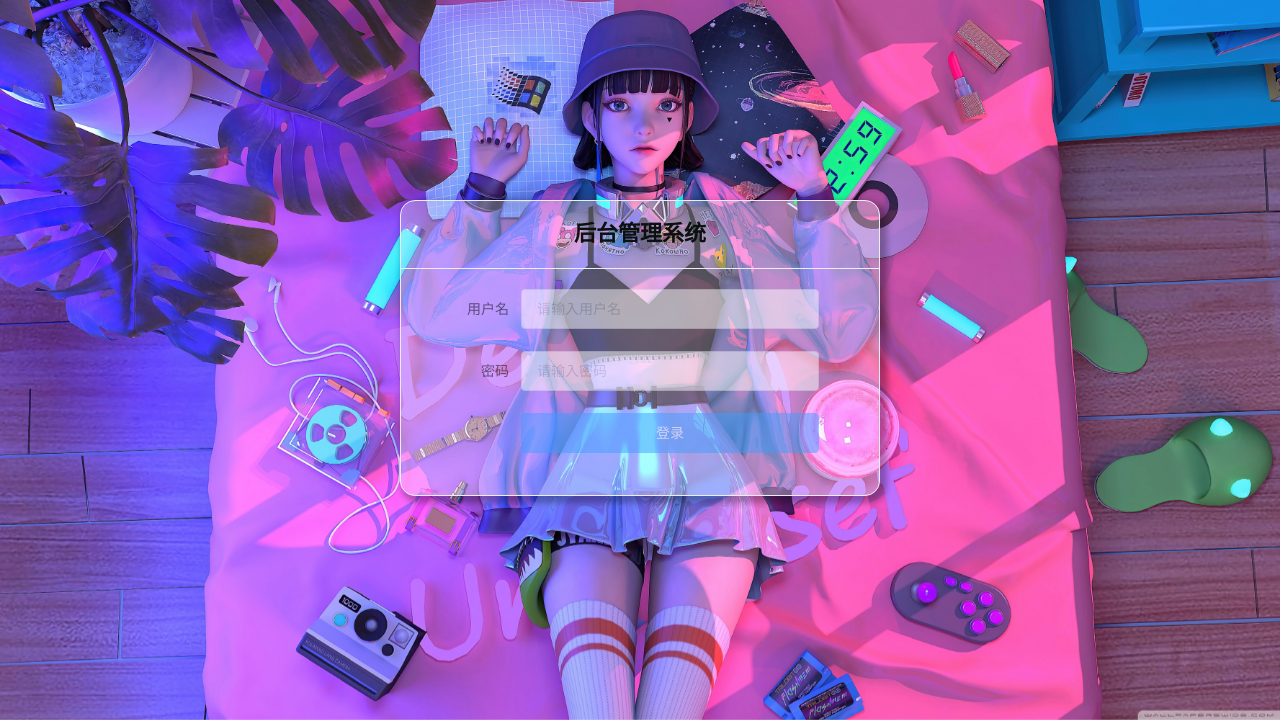
Repository: wuder-jie/Manager-System
Page: /
The author's editor kept a copy of each file at every save. The page is drawn from the files as they stood at one save, then again after a run of saves.
The browser window is 1280 px wide. The pictures show the whole page.
The project was rebuilt for these pictures with package versions that can differ from the ones it lists, and the page was loaded fresh each time. Also part of the build but not shown: vue.config.js.

Above is the page before, as saved 2022-11-27 19:03:11.

After the next 2 saves:
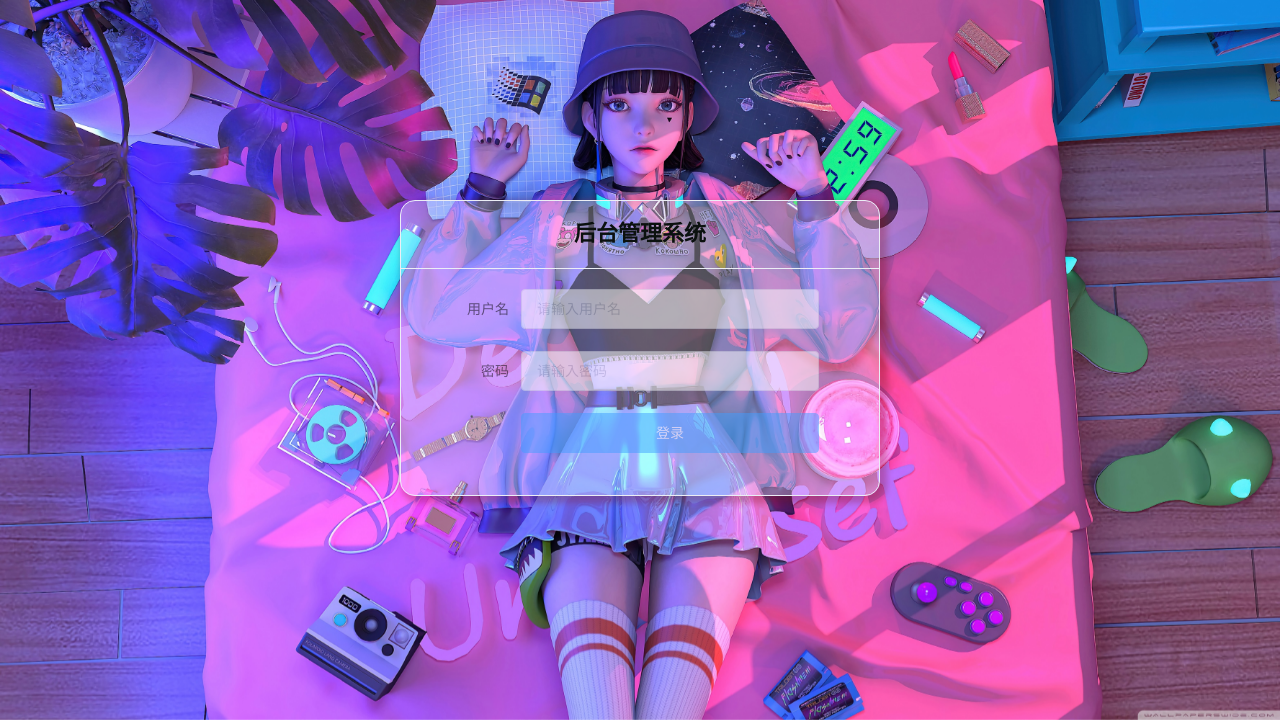
The 2 saves are shown as one change because they came seconds apart.
The last was saved 14 s later.
--- a/src/pages/login/index.vue
+++ b/src/pages/login/index.vue
@@ -146,7 +146,7 @@ label{
 }
   .box-card {
     background: rgba(255, 255, 255, 0.3);
-    box-shadow: 4px 4px 6px 3px rgba(0, 0, 0, 0.3);
+    box-shadow: 4px 4px 6px 3px rgba(131, 12, 12, 0.3);
     border-radius: 15px;
   }
   .btn-login {
